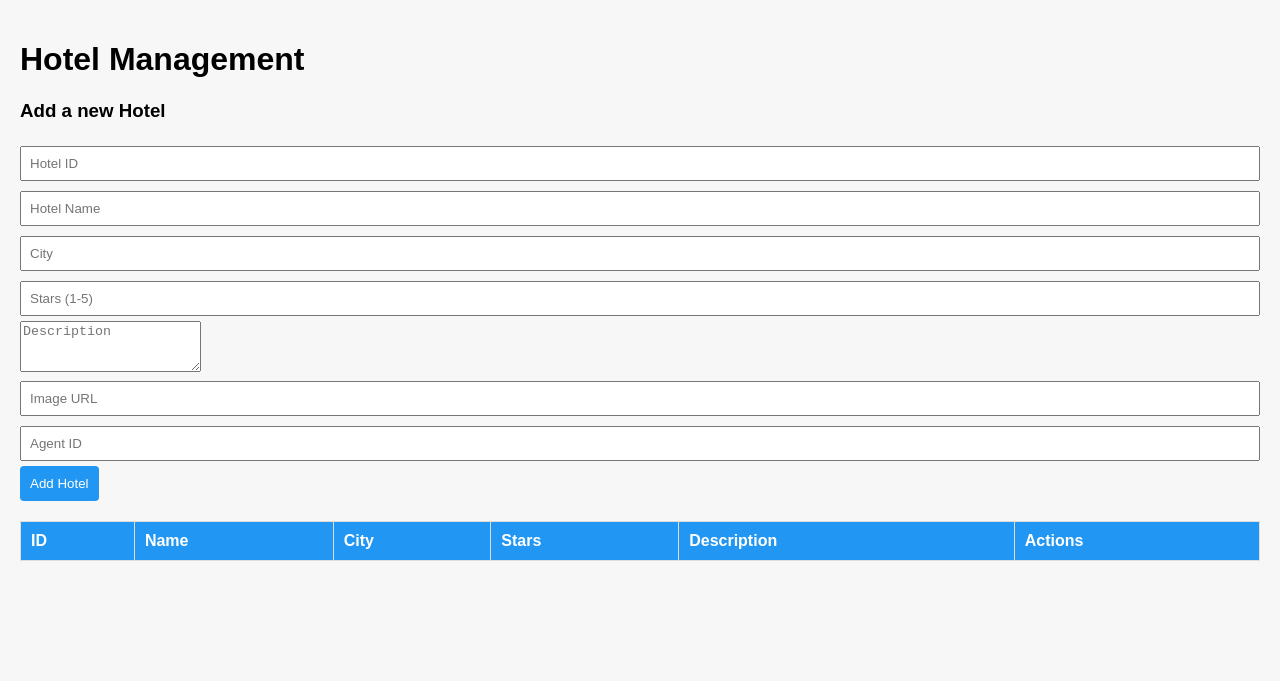
Repository: Trikisalem/examentp_jakarta
Page: http://localhost/hotel/admin/hotel.jsp
The author's editor kept a copy of each file at every save. The page is drawn from the files as they stood at one save, then again after the next save.
The browser window is 1280 px wide. The pictures show the whole page.
The page is served by Tomcat 10. Nobody is signed in. The application's start-up code is not run. Queries for data that is not in the repository find no rows.

Above is the page before, as saved 2024-12-17 10:12:06.

After the next save:
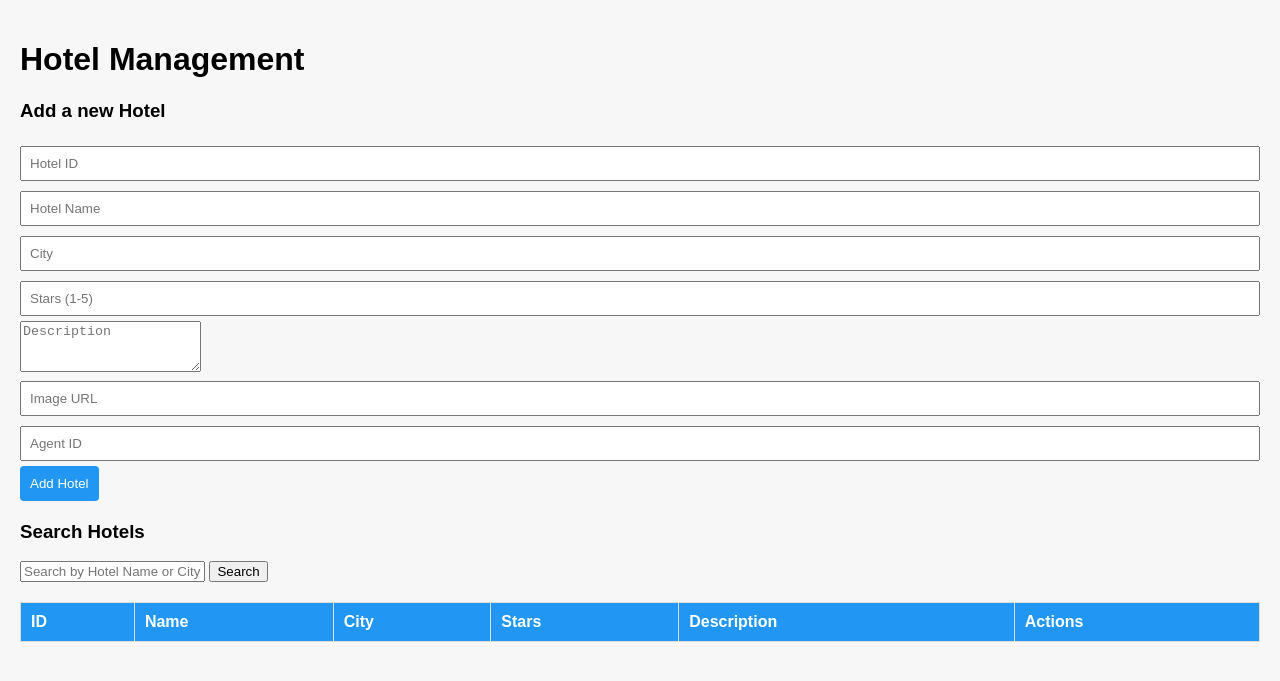
Saved 2 min 1 s later.
--- a/hotel/src/main/webapp/admin/hotel.jsp
+++ b/hotel/src/main/webapp/admin/hotel.jsp
@@ -83,6 +83,16 @@
         <input type="number" name="agent_id" placeholder="Agent ID">
 
         <button type="submit">Add Hotel</button>
+    </form>
+</div>
+
+
+<!-- Barre de recherche -->
+<div class="search-container">
+    <form method="get" action="hotel.jsp">
+        <h3>Search Hotels</h3>
+        <input type="text" name="searchName" placeholder="Search by Hotel Name or City" />
+        <button type="submit">Search</button>
     </form>
 </div>
 
